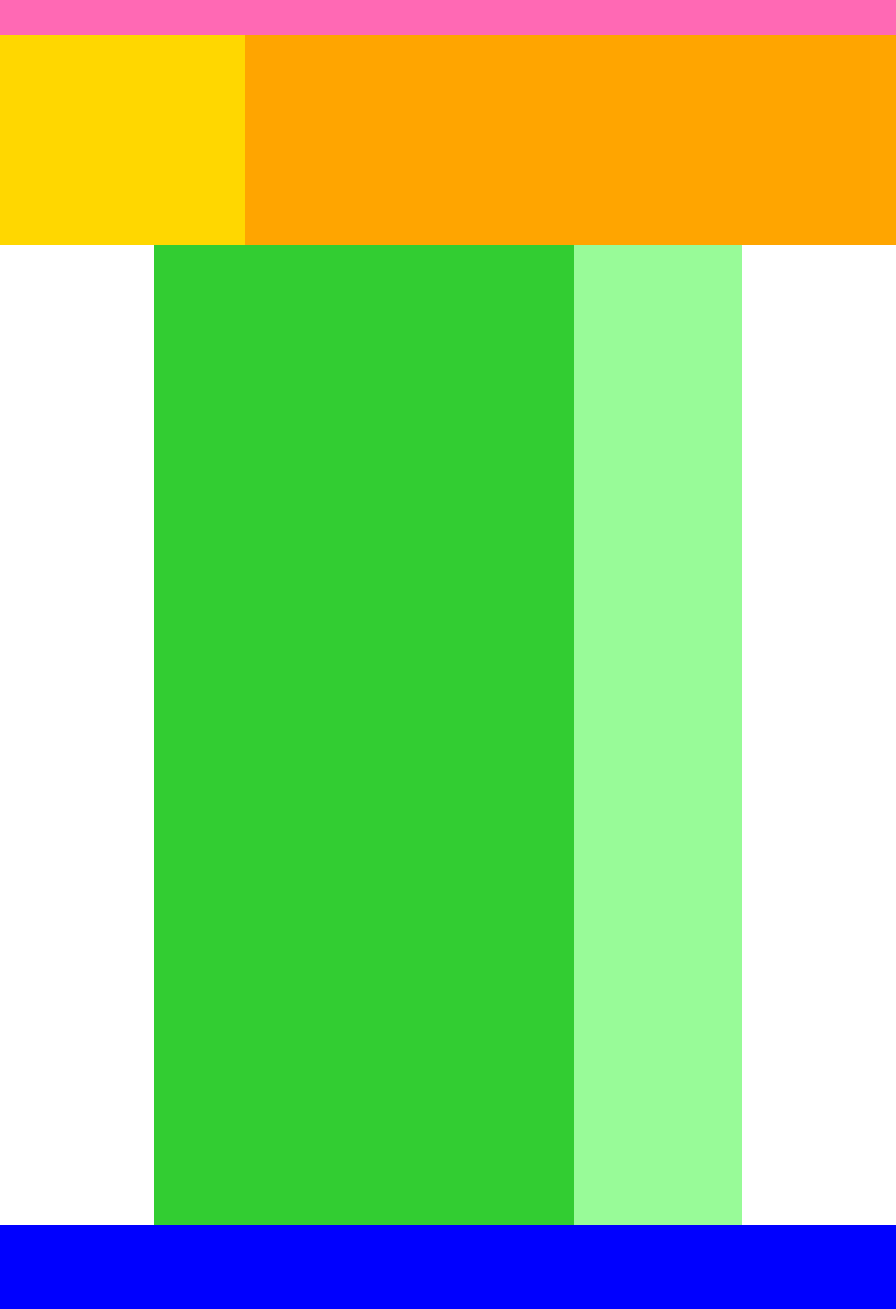
Repository: decknoboh/exercise1-8
Page: exercise1-4/index.html
The author's editor kept a record of every edit. The page is drawn from the files as they stood at one moment, then again after the next edit.
The browser window is 1280 px wide. The pictures show the whole page, at 70% of full size.

Above is the page before.

After the next edit:
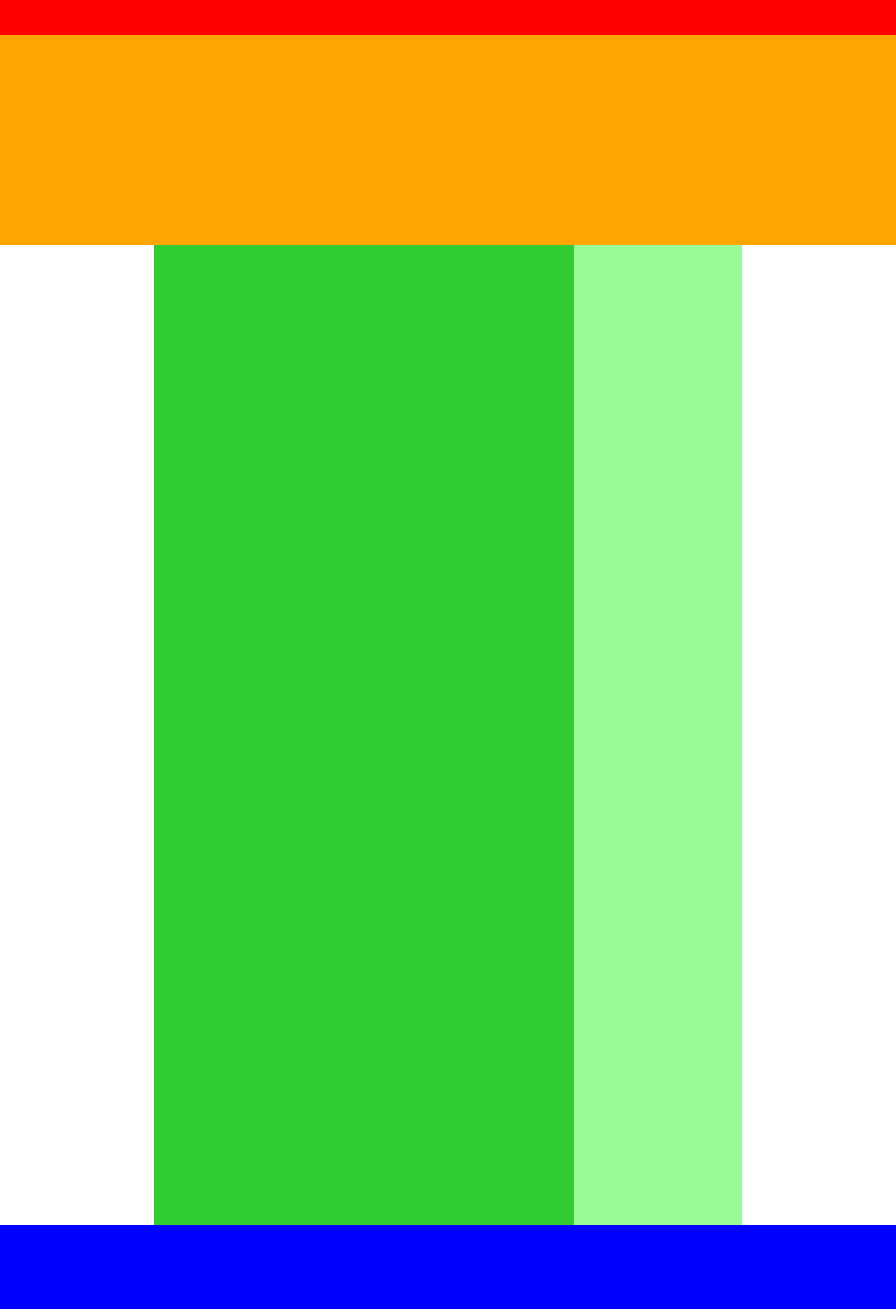
The edit:
--- a/exercise1-4/index.html
+++ b/exercise1-4/index.html
@@ -7,13 +7,8 @@
   </head>
 
   <body>
-    <div class="header">
-     <div class="header-top"></div>
-     <div class="header-bottom"></div>
-    </div>
-    <div class="main-visual">
-      <div class="main-visual-content"></div>
-    </div>
+    <div class="header"></div>
+    <div class="main-visual"></div>
     <div class="main">
       <div class="blog"></div>
       <div class="sidebar"></div>
